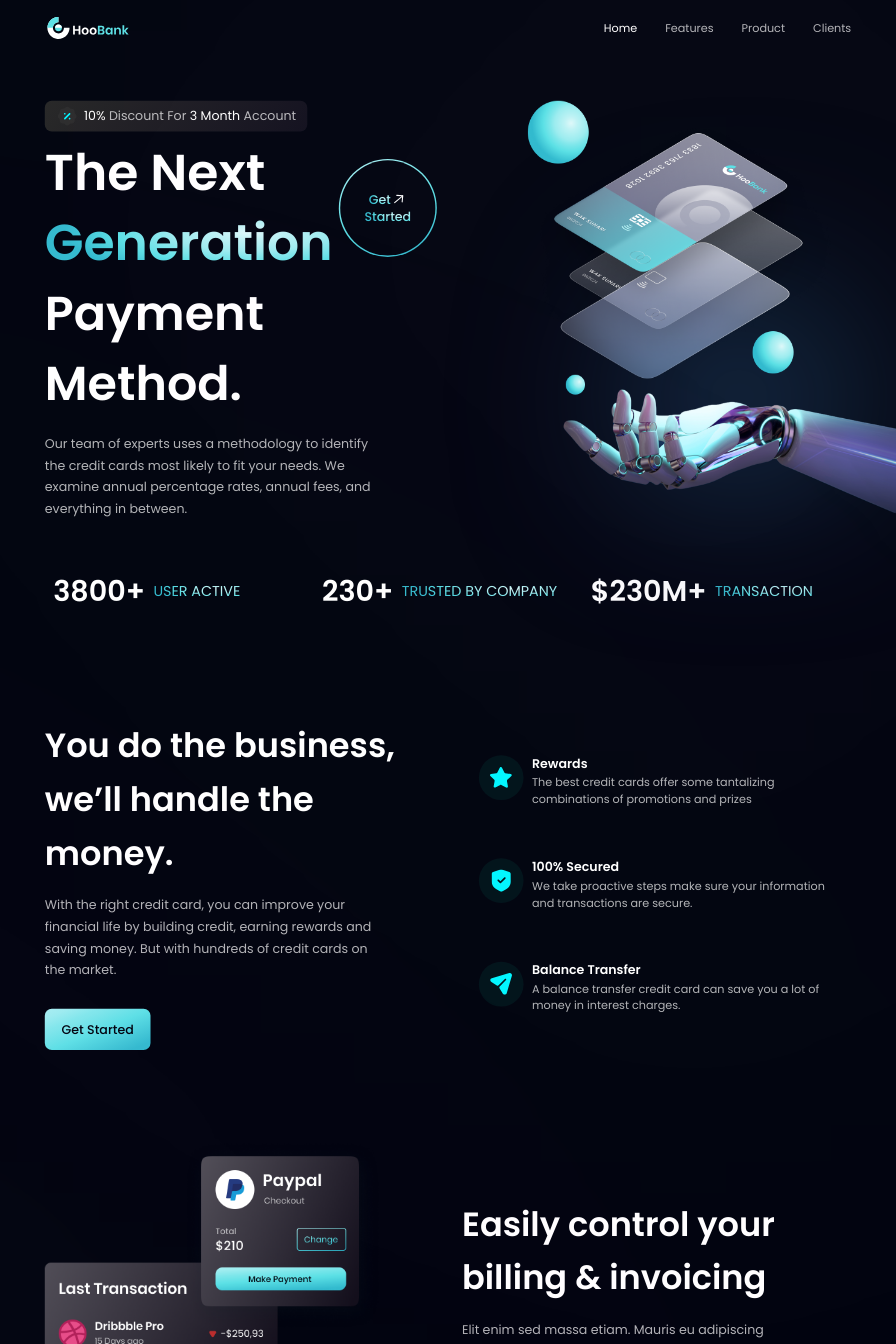
Repository: NatC02/dime_dozen_bank_concept
Page: /
These files come from the project's save history. The page is drawn as it stood at one moment and after the next save; the edit follows.
The browser window is 1280 px wide. The pictures show the part of the page from y = 0 to 1920 px (the page is 4964 px tall before and 5028 px after), at 70% of full size.
The project was rebuilt for these pictures with package versions that can differ from the ones it lists, and the page was loaded fresh each time. Also part of the build but not shown: vite.config.js.

Above is the page before, as saved 2022-08-31 18:25:31.

### src/style.js
const styles = {
  boxWidth: "xl:max-w-[1280px] w-full",

  heading2: "font-poppins font-semibold xs:text-[48px] text-[40px] text-white xs:leading-[76.8px] leading-[66.8px] w-full",
  paragraph: "font-poppins font-normal text-dimWhite text-[18px] leading-[30.8px]",

  flexCenter: "flex justify-center items-center",
  flexStart: "flex justify-center items-start",

  paddingX: "sm:px-16 px-6",
  paddingY: "sm:py-16 py-6",
  padding: "sm:px-16 px-6 sm:py-12 py-4",

  marginX: "sm:mx-16 mx-6",
  marginY: "sm:my-16 my-6",
};

export const layout = {
  section: `flex md:flex-row flex-col ${styles.paddingY}`,
  sectionReverse: `flex md:flex-row flex-col-reverse ${styles.paddingY}`,

  sectionImgReverse: `flex-1 flex ${styles.flexCenter} md:mr-10 mr-0 md:mt-0 mt-10 relative`,
  sectionImg: `flex-1 flex ${styles.flexCenter} md:ml-10 ml-0 md:mt-0 mt-10 relative`,

  sectionInfo: `flex-1 ${styles.flexStart} flex-col`,
};

export default styles;

### src/components/Navbar.jsx
import { useState } from "react";

import { close, logo, menu } from "../assets";
import { navLinks } from "../constants";

const Navbar = () => {
  const [active, setActive] = useState("Home");
  const [toggle, setToggle] = useState(false);

  return (
    <nav className="w-full flex py-6 justify-between items-center navbar">
      <img src={logo} alt="dimedozen" className="w-[124px] h-[32px]" />

      <ul className="list-none sm:flex hidden justify-end items-center flex-1">
        {navLinks.map((nav, index) => (
          <li
            key={nav.id}
            className={`font-poppins font-normal cursor-pointer text-[16px] ${
              active === nav.title ? "text-white" : "text-dimWhite"
            } ${index === navLinks.length - 1 ? "mr-0" : "mr-10"}`}
            onClick={() => setActive(nav.title)}
          >
            <a href={`#${nav.id}`}>{nav.title}</a>
          </li>
        ))}
      </ul>

      <div className="sm:hidden flex flex-1 justify-end items-center">
        <img
          src={toggle ? close : menu}
          alt="menu"
          className="w-[28px] h-[28px] object-contain"
          onClick={() => setToggle(!toggle)}
        />

        <div
          className={`${
            !toggle ? "hidden" : "flex"
          } p-6 bg-black-gradient absolute top-20 right-0 mx-4 my-2 min-w-[140px] rounded-xl sidebar`}
        >
          <ul className="list-none flex justify-end items-start flex-1 flex-col">
            {navLinks.map((nav, index) => (
              <li
                key={nav.id}
                className={`font-poppins font-medium cursor-pointer text-[16px] ${
                  active === nav.title ? "text-white" : "text-dimWhite"
                } ${index === navLinks.length - 1 ? "mb-0" : "mb-4"}`}
                onClick={() => setActive(nav.title)}
              >
                <a href={`#${nav.id}`}>{nav.title}</a>
              </li>
            ))}
          </ul>
        </div>
      </div>
    </nav>
  );
};

export default Navbar;

### src/components/Billing.jsx
import { apple, bill, google } from "../assets";
import styles, { layout } from "../style";

const Billing = () => (
  <section id="product" className={layout.sectionReverse}>
    <div className={layout.sectionImgReverse}>
      <img src={bill} alt="billing" className="w-[100%] h-[100%] relative z-[5]" />

      {/* gradient start */}
      <div className="absolute z-[3] -left-1/2 top-0 w-[50%] h-[50%] rounded-full white__gradient" />
      <div className="absolute z-[0] w-[50%] h-[50%] -left-1/2 bottom-0 rounded-full pink__gradient" />
      {/* gradient end */}
    </div>

    <div className={layout.sectionInfo}>
      <h2 className={styles.heading2}>
        Easily control your <br className="sm:block hidden" /> billing &
        invoicing
      </h2>
      <p className={`${styles.paragraph} max-w-[470px] mt-5`}>
        Elit enim sed massa etiam. Mauris eu adipiscing ultrices ametodio
        aenean neque. Fusce ipsum orci rhoncus aliporttitor integer platea
        placerat.
      </p>

      <div className="flex flex-row flex-wrap sm:mt-10 mt-6">
        <img src={apple} alt="google_play" className="w-[128.86px] h-[42.05px] object-contain mr-5 cursor-pointer" />
        <img src={google} alt="google_play" className="w-[144.17px] h-[43.08px] object-contain cursor-pointer" />
      </div>
    </div>
  </section>
);

export default Billing;

### src/components/CardDeal.jsx
import { card } from "../assets";
import styles, { layout } from "../style";
import Button from "./Button";

const CardDeal = () => (
  <section className={layout.section}>
    <div className={layout.sectionInfo}>
      <h2 className={styles.heading2}>
        Find a better card deal <br className="sm:block hidden" /> in few easy
        steps.
      </h2>
      <p className={`${styles.paragraph} max-w-[470px] mt-5`}>
        Arcu tortor, purus in mattis at sed integer faucibus. Aliquet quis
        aliquet eget mauris tortor.ç Aliquet ultrices ac, ametau.
      </p>

      <Button styles={`mt-10`} />
    </div>

    <div className={layout.sectionImg}>
      <img src={card} alt="billing" className="w-[100%] h-[100%]" />
    </div>
  </section>
);

export default CardDeal;

### src/components/Business.jsx
import { features } from "../constants";
import styles, { layout } from "../style";
import Button from "./Button";

const FeatureCard = ({ icon, title, content, index }) => (
  <div className={`flex flex-row p-6 rounded-[20px] ${index !== features.length - 1 ? "mb-6" : "mb-0"} feature-card`}>
    <div className={`w-[64px] h-[64px] rounded-full ${styles.flexCenter} bg-dimBlue`}>
      <img src={icon} alt="star" className="w-[50%] h-[50%] object-contain" />
    </div>
    <div className="flex-1 flex flex-col ml-3">
      <h4 className="font-poppins font-semibold text-white text-[18px] leading-[23.4px] mb-1">
        {title}
      </h4>
      <p className="font-poppins font-normal text-dimWhite text-[16px] leading-[24px]">
        {content}
      </p>
    </div>
  </div>
);

const Business = () =>  (
  <section id="features" className={layout.section}>
    <div className={layout.sectionInfo}>
      <h2 className={styles.heading2}>
        You do the business, <br className="sm:block hidden" /> we’ll handle
        the money.
      </h2>
      <p className={`${styles.paragraph} max-w-[470px] mt-5`}>
        With the right credit card, you can improve your financial life by
        building credit, earning rewards and saving money. But with hundreds
        of credit cards on the market.
      </p>

      <Button styles={`mt-10`} />
    </div>

    <div className={`${layout.sectionImg} flex-col`}>
      {features.map((feature, index) => (
        <FeatureCard key={feature.id} {...feature} index={index} />
      ))}
    </div>
  </section>
);

export default Business;

### src/components/Stats.jsx
import { stats } from "../constants";
import styles from "../style";

const Stats = () => (
  <section className={`${styles.flexCenter} flex-row flex-wrap sm:mb-20 mb-6`}>
    {stats.map((stat) => (
      <div key={stat.id} className={`flex-1 flex justify-start items-center flex-row m-3`} >
        <h4 className="font-poppins font-semibold xs:text-[40.89px] text-[30.89px] xs:leading-[53.16px] leading-[43.16px] text-white">
          {stat.value}
        </h4>
        <p className="font-poppins font-normal xs:text-[20.45px] text-[15.45px] xs:leading-[26.58px] leading-[21.58px] text-gradient uppercase ml-3">
          {stat.title}
        </p>
      </div>
    ))}
  </section>
);

export default Stats;

### src/components/Footer.jsx
import styles from "../style";
import { logo } from "../assets";
import { footerLinks, socialMedia } from "../constants";

const Footer = () => (
  <section className={`${styles.flexCenter} ${styles.paddingY} flex-col`}>
    <div className={`${styles.flexStart} md:flex-row flex-col mb-8 w-full`}>
      <div className="flex-[1] flex flex-col justify-start mr-10">
        <img
          src={logo}
          alt="dimedozen"
          className="w-[266px] h-[72.14px] object-contain"
        />
        <p className={`${styles.paragraph} mt-4 max-w-[312px]`}>
          A new way to make the payments easy, reliable and secure.
        </p>
      </div>

      <div className="flex-[1.5] w-full flex flex-row justify-between flex-wrap md:mt-0 mt-10">
        {footerLinks.map((footerlink) => (
          <div key={footerlink.title} className={`flex flex-col ss:my-0 my-4 min-w-[150px]`}>
            <h4 className="font-poppins font-medium text-[18px] leading-[27px] text-white">
              {footerlink.title}
            </h4>
            <ul className="list-none mt-4">
              {footerlink.links.map((link, index) => (
                <li
                  key={link.name}
                  className={`font-poppins font-normal text-[16px] leading-[24px] text-dimWhite hover:text-secondary cursor-pointer ${
                    index !== footerlink.links.length - 1 ? "mb-4" : "mb-0"
                  }`}
                >
                  {link.name}
                </li>
              ))}
            </ul>
          </div>
        ))}
      </div>
    </div>

    <div className="w-full flex justify-between items-center md:flex-row flex-col pt-6 border-t-[1px] border-t-[#3F3E45]">
      <p className="font-poppins font-normal text-center text-[18px] leading-[27px] text-white">
        Copyright Ⓒ 2022 DimeDozen. All Rights Reserved.
      </p>

      <div className="flex flex-row md:mt-0 mt-6">
        {socialMedia.map((social, index) => (
          <img
            key={social.id}
            src={social.icon}
            alt={social.id}
            className={`w-[21px] h-[21px] object-contain cursor-pointer ${
              index !== socialMedia.length - 1 ? "mr-6" : "mr-0"
            }`}
            onClick={() => window.open(social.link)}
          />
        ))}
      </div>
    </div>
  </section>
);

export default Footer;

### src/components/Testimonials.jsx
import { feedback } from "../constants";
import styles from "../style";
import FeedbackCard from "./FeedbackCard";

const Testimonials = () => (
  <section id="clients" className={`${styles.paddingY} ${styles.flexCenter} flex-col relative `}>
    <div className="absolute z-[0] w-[60%] h-[60%] -right-[50%] rounded-full blue__gradient bottom-40" />

    <div className="w-full flex justify-between items-center md:flex-row flex-col sm:mb-16 mb-6 relative z-[1]">
      <h2 className={styles.heading2}>
        What People are <br className="sm:block hidden" /> saying about us
      </h2>
      <div className="w-full md:mt-0 mt-6">
        <p className={`${styles.paragraph} text-left max-w-[450px]`}>
          Everything you need to accept card payments and grow your business
          anywhere on the planet.
        </p>
      </div>
    </div>

    <div className="flex flex-wrap sm:justify-start justify-center w-full feedback-container relative z-[1]">
      {feedback.map((card) => <FeedbackCard key={card.id} {...card} />)}
    </div>
  </section>
);

export default Testimonials;

### src/components/Hero.jsx
import styles from "../style";
import { discount, robot } from "../assets";
import GetStarted from "./GetStarted";

const Hero = () => {
  return (
    <section id="home" className={`flex md:flex-row flex-col ${styles.paddingY}`}>
      <div className={`flex-1 ${styles.flexStart} flex-col xl:px-0 sm:px-16 px-6`}>
        <div className="flex flex-row items-center py-[6px] px-4 bg-discount-gradient rounded-[10px] mb-2">
          <img src={discount} alt="discount" className="w-[32px] h-[32px]" />
          <p className={`${styles.paragraph} ml-2`}>
            <span className="text-white">10%</span> Discount For{" "}
            <span className="text-white">3 Month</span> Account
          </p>
        </div>

        <div className="flex flex-row justify-between items-center w-full">
          <h1 className="flex-1 font-poppins font-semibold ss:text-[72px] text-[52px] text-white ss:leading-[100.8px] leading-[75px]">
            The Next <br className="sm:block hidden" />{" "}
            <span className="text-gradient">Generation</span>{" "}
          </h1>
          <div className="ss:flex hidden md:mr-4 mr-0">
            <GetStarted />
          </div>
        </div>

        <h1 className="font-poppins font-semibold ss:text-[68px] text-[52px] text-white ss:leading-[100.8px] leading-[75px] w-full">
          Payment Method.
        </h1>
        <p className={`${styles.paragraph} max-w-[470px] mt-5`}>
          Our team of experts uses a methodology to identify the credit cards
          most likely to fit your needs. We examine annual percentage rates,
          annual fees, and everything in between.
        </p>
      </div>

      <div className={`flex-1 flex ${styles.flexCenter} md:my-0 my-10 relative`}>
        <img src={robot} alt="billing" className="w-[100%] h-[100%] relative z-[5]" />

        {/* gradient start */}
        <div className="absolute z-[0] w-[40%] h-[35%] top-0 pink__gradient" />
        <div className="absolute z-[1] w-[80%] h-[80%] rounded-full white__gradient bottom-40" />
        <div className="absolute z-[0] w-[50%] h-[50%] right-20 bottom-20 blue__gradient" />
        {/* gradient end */}
      </div>

      <div className={`ss:hidden ${styles.flexCenter}`}>
        <GetStarted />
      </div>
    </section>
  );
};

export default Hero;

### src/assets/index.js
import airbnb from "./airbnb.png";
import bill from "./bill.png";
import binance from "./binance.png";
import card from "./card.png";
import coinbase from "./coinbase.png";
import dropbox from "./dropbox.png";
import logo from "./logo.svg";
import quotes from "./quotes.svg";
import robot from "./robot.png";
import send from "./Send.svg";
import shield from "./Shield.svg";
import star from "./Star.svg";
import menu from "./menu.svg";
import close from "./close.svg";
import google from "./google.svg";
import apple from "./apple.svg";
import arrowUp from "./arrow-up.svg";
import discount from "./Discount.svg";
import facebook from "./facebook.svg";
import instagram from "./instagram.svg";
import linkedin from "./linkedin.svg";
import twitter from "./twitter.svg";
import people01 from "./people01.png";
import people02 from "./people02.png";
import people03 from "./people03.png";

export {
  airbnb,
  bill,
  binance,
  card,
  coinbase,
  dropbox,
  logo,
  quotes,
  robot,
  send,
  shield,
  star,
  menu,
  close,
  google,
  apple,
  arrowUp,
  discount,
  facebook,
  instagram,
  linkedin,
  twitter,
  people01,
  people02,
  people03,
};

### src/constants/index.js
import {
  people01,
  people02,
  people03,
  facebook,
  instagram,
  linkedin,
  twitter,
  airbnb,
  binance,
  coinbase,
  dropbox,
  send,
  shield,
  star,
} from "../assets";

export const navLinks = [
  {
    id: "home",
    title: "Home",
  },
  {
    id: "features",
    title: "Features",
  },
  {
    id: "product",
    title: "Product",
  },
  {
    id: "clients",
    title: "Clients",
  },
];

export const features = [
  {
    id: "feature-1",
    icon: star,
    title: "Rewards",
    content:
      "The best credit cards offer some tantalizing combinations of promotions and prizes",
  },
  {
    id: "feature-2",
    icon: shield,
    title: "100% Secured",
    content:
      "We take proactive steps make sure your information and transactions are secure.",
  },
  {
    id: "feature-3",
    icon: send,
    title: "Balance Transfer",
    content:
      "A balance transfer credit card can save you a lot of money in interest charges.",
  },
];

export const feedback = [
  {
    id: "feedback-1",
    content:
      "Money is only a tool. It will take you wherever you wish, but it will not replace you as the driver.",
    name: "Herman Jensen",
    title: "Founder & Leader",
    img: people01,
  },
  {
    id: "feedback-2",
    content:
      "Money makes your life easier. If you're lucky to have it, you're lucky.",
    name: "Steve Mark",
    title: "Founder & Leader",
    img: people02,
  },
  {
    id: "feedback-3",
    content:
      "It is usually people in the money business, finance, and international trade that are really rich.",
    name: "Kenn Gallagher",
    title: "Founder & Leader",
    img: people03,
  },
];

export const stats = [
  {
    id: "stats-1",
    title: "User Active",
    value: "3800+",
  },
  {
    id: "stats-2",
    title: "Trusted by Company",
    value: "230+",
  },
  {
    id: "stats-3",
    title: "Transaction",
    value: "$230M+",
  },
];

export const footerLinks = [
  {
    title: "Useful Links",
    links: [
      {
        name: "Content",
        link: "https://www.dimedozenbank.com/content/",
      },
      {
        name: "How it Works",
        link: "https://www.dimedozenbank.com/how-it-works/",
      },
      {
        name: "Create",
        link: "https://www.dimedozenbank.com/create/",
      },
      {
        name: "Explore",
        link: "https://www.dimedozenbank.com/explore/",
      },
      {
        name: "Terms & Services",
        link: "https://www.dimedozenbank.com/terms-and-services/",
      },
    ],
  },
  {
    title: "Community",
    links: [
      {
        name: "Help Center",
        link: "https://www.dimedozenbank.com/help-center/",
      },
      {
        name: "Partners",
        link: "https://www.dimedozenbank.com/partners/",
      },
      {
        name: "Suggestions",
        link: "https://www.dimedozenbank.com/suggestions/",
      },
      {
        name: "Blog",
        link: "https://www.dimedozenbank.com/blog/",
      },
      {
        name: "Newsletters",
        link: "https://www.dimedozenbank.com/newsletters/",
      },
    ],
  },
  {
    title: "Partner",
    links: [
      {
        name: "Our Partner",
        link: "https://www.dimedozenbank.com/our-partner/",
      },
      {
        name: "Become a Partner",
        link: "https://www.dimedozenbank.com/become-a-partner/",
      },
    ],
  },
];

export const socialMedia = [
  {
    id: "social-media-1",
    icon: instagram,
    link: "https://www.instagram.com/",
  },
  {
    id: "social-media-2",
    icon: facebook,
    link: "https://www.facebook.com/",
  },
  {
    id: "social-media-3",
    icon: twitter,
    link: "https://www.twitter.com/",
  },
  {
    id: "social-media-4",
    icon: linkedin,
    link: "https://www.linkedin.com/",
  },
];

export const clients = [
  {
    id: "client-1",
    logo: airbnb,
  },
  {
    id: "client-2",
    logo: binance,
  },
  {
    id: "client-3",
    logo: coinbase,
  },
  {
    id: "client-4",
    logo: dropbox,
  },
];

### src/components/FeedbackCard.jsx
import { quotes } from "../assets";

const FeedbackCard = ({ content, name, title, img }) => (
  <div className="flex justify-between flex-col px-10 py-12 rounded-[20px]  max-w-[370px] md:mr-10 sm:mr-5 mr-0 my-5 feedback-card">
    <img src={quotes} alt="double_quotes" className="w-[42.6px] h-[27.6px] object-contain" />
    <p className="font-poppins font-normal text-[18px] leading-[32.4px] text-white my-10">
      {content}
    </p>

    <div className="flex flex-row">
      <img src={img} alt={name} className="w-[48px] h-[48px] rounded-full" />
      <div className="flex flex-col ml-4">
        <h4 className="font-poppins font-semibold text-[20px] leading-[32px] text-white">
          {name}
        </h4>
        <p className="font-poppins font-normal text-[16px] leading-[24px] text-dimWhite">
          {title}
        </p>
      </div>
    </div>
  </div>
);


export default FeedbackCard;

### src/components/GetStarted.jsx
import styles from "../style";
import { arrowUp } from "../assets";

const GetStarted = () => (
  <div className={`${styles.flexCenter} w-[140px] h-[140px] rounded-full bg-blue-gradient p-[2px] cursor-pointer`}>
    <div className={`${styles.flexCenter} flex-col bg-primary w-[100%] h-[100%] rounded-full`}>
      <div className={`${styles.flexStart} flex-row`}>
        <p className="font-poppins font-medium text-[18px] leading-[23.4px]">
          <span className="text-gradient">Get</span>
        </p>
        <img src={arrowUp} alt="arrow-up" className="w-[23px] h-[23px] object-contain" />
      </div>

      <p className="font-poppins font-medium text-[18px] leading-[23.4px]">
        <span className="text-gradient">Started</span>
      </p>
    </div>
  </div>
);

export default GetStarted;

Loaded but not shown: index.html (common file); src/main.jsx (common file); src/App.jsx (common file); src/index.css (common file); src/components/index.js (common file); src/components/Clients.jsx (common file); src/components/CTA.jsx (common file); src/components/Button.jsx (common file); tailwind.config.cjs (common file)

After the next save:
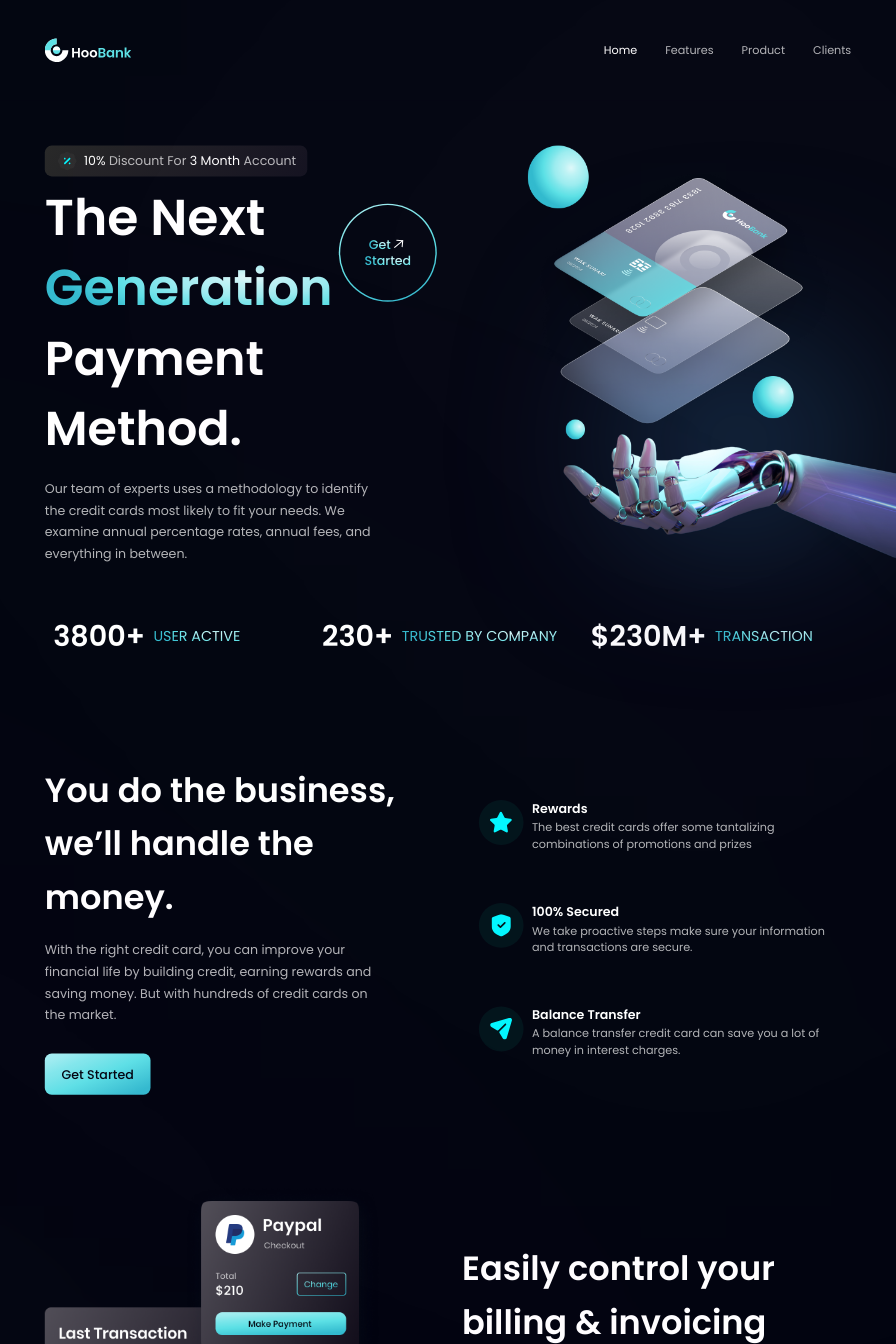
Saved 61 s later.
--- a/src/components/Navbar.jsx
+++ b/src/components/Navbar.jsx
@@ -9,7 +9,7 @@ const Navbar = () => {
 
   return (
     <nav className="w-full flex py-6 justify-between items-center navbar">
-      <img src={logo} alt="dimedozen" className="w-[124px] h-[32px]" />
+      <img src={logo} alt="dimedozen" className="w-[124px] h-[96px]" />
 
       <ul className="list-none sm:flex hidden justify-end items-center flex-1">
         {navLinks.map((nav, index) => (
